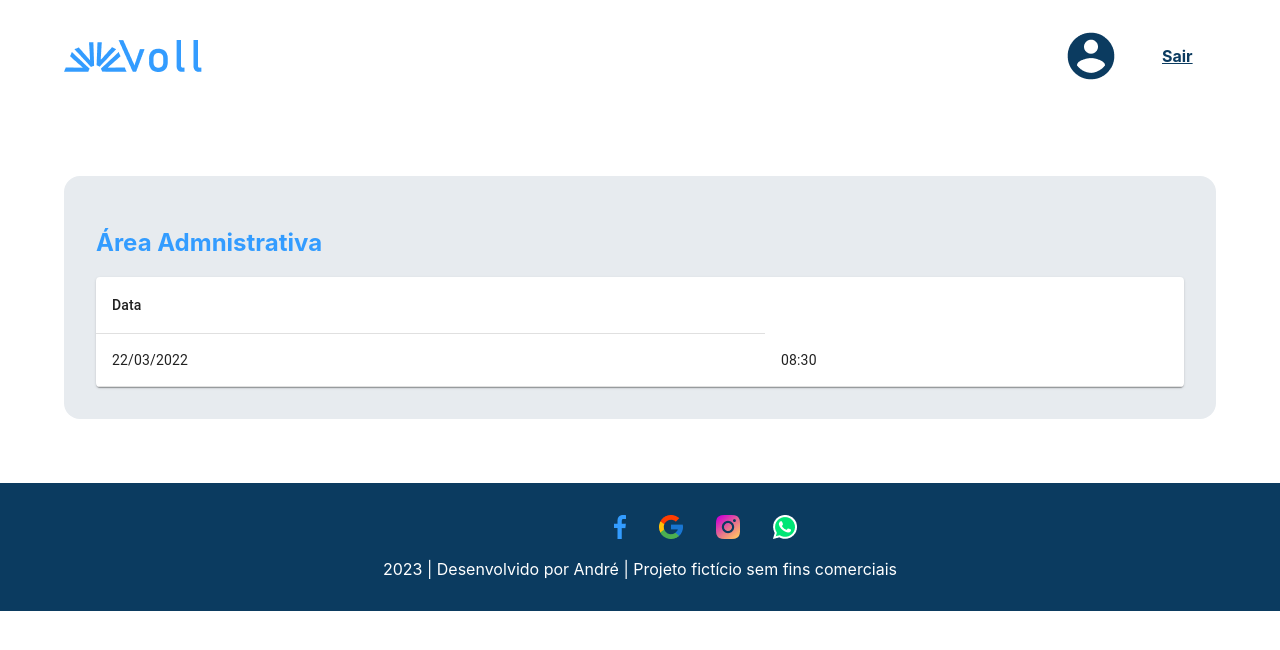
Repository: andrevff/voll-main
Page: /
The author's editor kept a copy of each file at every save. The page is drawn from the files as they stood at one save, then again after a run of saves.
The browser window is 1280 px wide. The pictures show the whole page.
The project was rebuilt for these pictures with package versions that can differ from the ones it lists, and the page was loaded fresh each time. Also part of the build but not shown: src/App.css.

Above is the page before, as saved 2023-07-31 21:23:38.

### src/App.tsx
import './App.css';
import Cabecalho from './components/cabecalho';
import Container from './components/container';
import Rodape from './components/rodape';
import Tabela from './components/tabela';
import Titulo from './components/titulo';

function App() {
  return (
    <>
      <Cabecalho />
      <Container>
        <Titulo>Área Admnistrativa</Titulo>
        <Tabela />
      </Container>
      <Rodape />
    </>
  );
}

export default App;

### src/components/cabecalho/index.tsx
/* eslint-disable jsx-a11y/anchor-is-valid */
import styled from 'styled-components'
import logo from './assets/logo.png'
import perfil from './assets/perfil.png'

const CabecalhoEstilizado = styled.header`
    display: flex;
    align-items: center;
    justify-content: space-between;
    padding: 2em 4em;
`

const Container = styled.div`
    display: flex;
    align-items: center;
    justify-content: space-around;
    flex-grow: .1;
`

const LinkEstilizado = styled.a`
    color: var(--azul-escuro);
    font-weight: 700;
`

export default function Cabecalho(){
    return(
        <CabecalhoEstilizado>
            <img src={logo} alt="Logo da empresa Voll" />
            <Container>
                <img src={perfil} alt="Imagem de perfil do usuário" />
                <LinkEstilizado href="#">Sair</LinkEstilizado>
            </Container>
        </CabecalhoEstilizado>
    )

}

### src/components/container/index.tsx
import styled from "styled-components";

const Container = styled.section`
    background-color: var(--cinza-claro);
    margin: 4em;
    border-radius: 16px;
    padding: 2em;
    height: 100%;
`

export default Container

### src/components/rodape/index.tsx
/* eslint-disable jsx-a11y/anchor-has-content */
/* eslint-disable jsx-a11y/anchor-is-valid */
import styled from 'styled-components'
import facebook from './assets/facebook.png'
import google from './assets/google.png'
import instagram from './assets/instagram.png'
import whatsapp from './assets/whatsapp.png'

const RodapeEstilizado = styled.footer`
    height: 100%;
    color: white;
    padding: 1em;
    background-color: var(--azul-escuro);
    text-align: center;
`

const ListaEstilizada = styled.ul`
    display: flex;
    justify-content: space-around;
    width: 10%;
    margin: 1em auto;
`

const ItemEstilizado = styled.li`
    list-style-type: none;
    padding: 0 1em;
`

export default function Rodape(){
    return(
        <RodapeEstilizado>
            <ListaEstilizada>
                <ItemEstilizado>
                    <a href="#">
                        <img src={facebook} alt="Logo do Facebook" />
                    </a>
                </ItemEstilizado>
                <ItemEstilizado>
                    <a href="#">
                        <img src={google} alt="Logo do Google" />
                    </a>
                </ItemEstilizado>
                <ItemEstilizado>
                    <a href="#">
                        <img src={instagram} alt="Logo do Instagram" />
                    </a>
                </ItemEstilizado>
                <ItemEstilizado>
                    <a href="#">
                        <img src={whatsapp} alt="Logo do WhatsApp" />
                    </a>
                </ItemEstilizado>
            </ListaEstilizada>
            <p>2023 | Desenvolvido por André | Projeto fictício sem fins comerciais</p>
        </RodapeEstilizado>
    )
}

### src/components/tabela/index.tsx
import { Paper } from "@mui/material";
import TableContainer from "@mui/material/TableContainer/TableContainer";
import Table from "@mui/material/Table/Table";
import TableHead from "@mui/material/TableHead/TableHead";
import TableRow from "@mui/material/TableRow/TableRow";
import TableCell from "@mui/material/TableCell/TableCell";
import TableBody from "@mui/material/TableBody/TableBody";

export default function Tabela() {
    return(
        <>
            <TableContainer component = {Paper}>
                <Table sx={{minWidth: 700}} aria-label="tabela-customizada">
                    <TableHead>
                        <TableRow>
                            <TableCell>Data</TableCell>
                        </TableRow>
                    </TableHead>
                    <TableBody>
                        <TableRow>
                            <TableCell component="th" scope="row">22/03/2022</TableCell>
                            <TableCell>08:30</TableCell>
                        </TableRow>
                    </TableBody>
                </Table>
            </TableContainer>
        </>
    )
}

### src/components/titulo/index.tsx
/* eslint-disable jsx-a11y/heading-has-content */
import avaliacao from './assets/avaliacao.png'
import grafico from './assets/grafico.png'
import consulta from './assets/consulta.png'
import React from 'react'
import styled from 'styled-components'

interface Props{
    imagem?: string,
    children?: React.ReactNode
}

interface IImagens{
    avaliacao: string,
    grafico: string,
    consulta: string
}

const SpanEstilizado = styled.span<Props>`
    background: no-repeat;
    background-position: center;
    background-size: cover;
    width: 25px;
    height: 25px;
    background-image: ${props => props.imagem ? `url(${props.imagem})` : 'none'};
`

const TituloEstilizado = styled.h2`
    color: var(--azul-claro);
`

const ContainerEstilizado = styled.div`
    display: flex;
    align-items: center;
`

export default function Titulo({ imagem, children }: Props){

    const listaDeImagens: IImagens = {
        avaliacao: avaliacao,
        grafico: grafico,
        consulta: consulta
    }

    return(
        <ContainerEstilizado>
            {imagem && <SpanEstilizado imagem={listaDeImagens[imagem as keyof IImagens]} />}
            <TituloEstilizado>{children}</TituloEstilizado>
        </ContainerEstilizado>
    )
}

Loaded but not shown: public/index.html (common file); src/index.tsx (common file); src/index.css (common file)

After the next 3 saves:
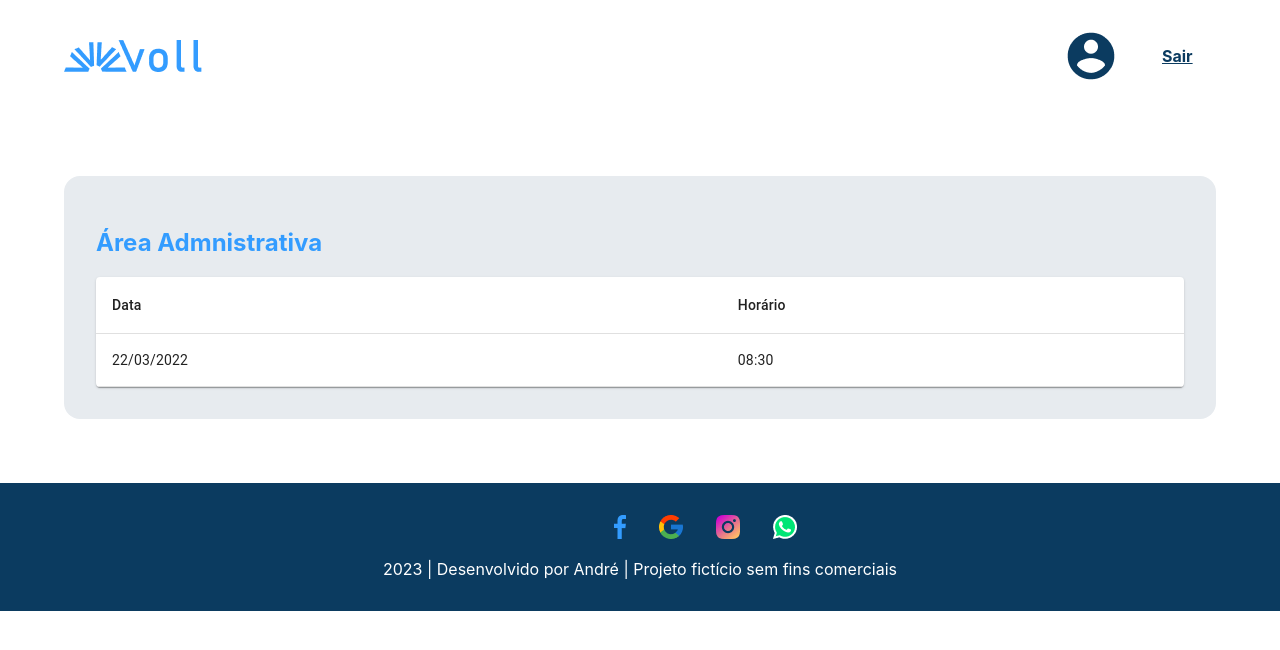
The 3 saves are shown as one change because 1 did not build or start and some came seconds apart.
The last was saved 8 min 37 s later.
--- a/src/components/tabela/index.tsx
+++ b/src/components/tabela/index.tsx
@@ -14,6 +14,7 @@ export default function Tabela() {
                     <TableHead>
                         <TableRow>
                             <TableCell>Data</TableCell>
+                            <TableCell>Horário</TableCell>
                         </TableRow>
                     </TableHead>
                     <TableBody>
